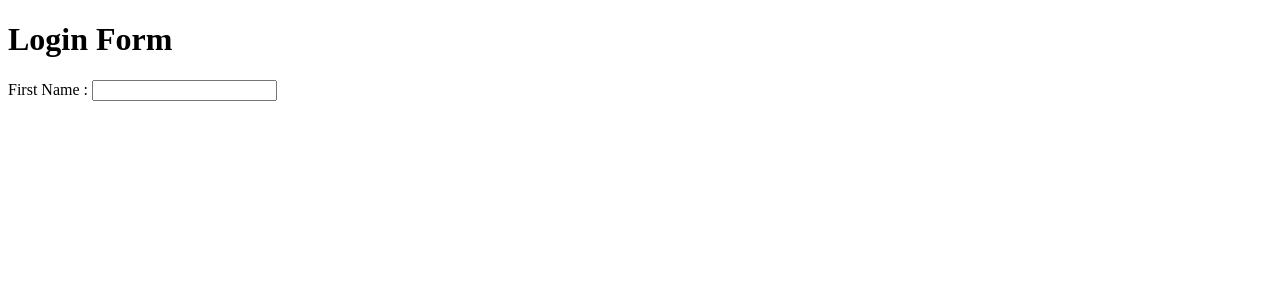
Repository: Rohit-sharma9838/myself
Page: Qspider/Form.html
These files come from the project's save history. The page is drawn as it stood at one moment and after the next save; the edit follows.
The browser window is 1280 px wide. The pictures show the whole page.

Above is the page before, as saved 2025-08-16 19:06:50.

### Qspider/Form.html
<!DOCTYPE html>
<html lang="en">
<head>
    <meta charset="UTF-8">
    <meta name="viewport" content="width=device-width, initial-scale=1.0">
    <title>Document</title>
</head>
<body>
    <h1>Login Form</h1>
    First Name : <input type="text" name="Username">
</body>
</html>

After the next save:
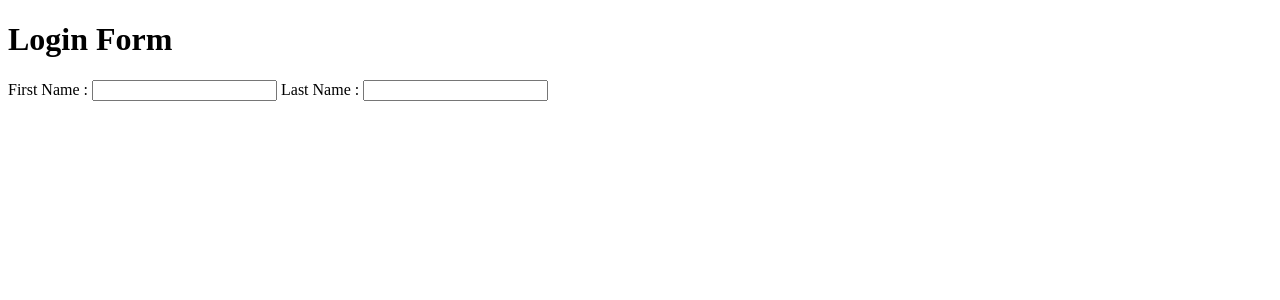
Saved 72 s later.
--- a/Qspider/Form.html
+++ b/Qspider/Form.html
@@ -8,5 +8,6 @@
 <body>
     <h1>Login Form</h1>
     First Name : <input type="text" name="Username">
+    Last Name : <input type="text" name="lastname">
 </body>
 </html>
